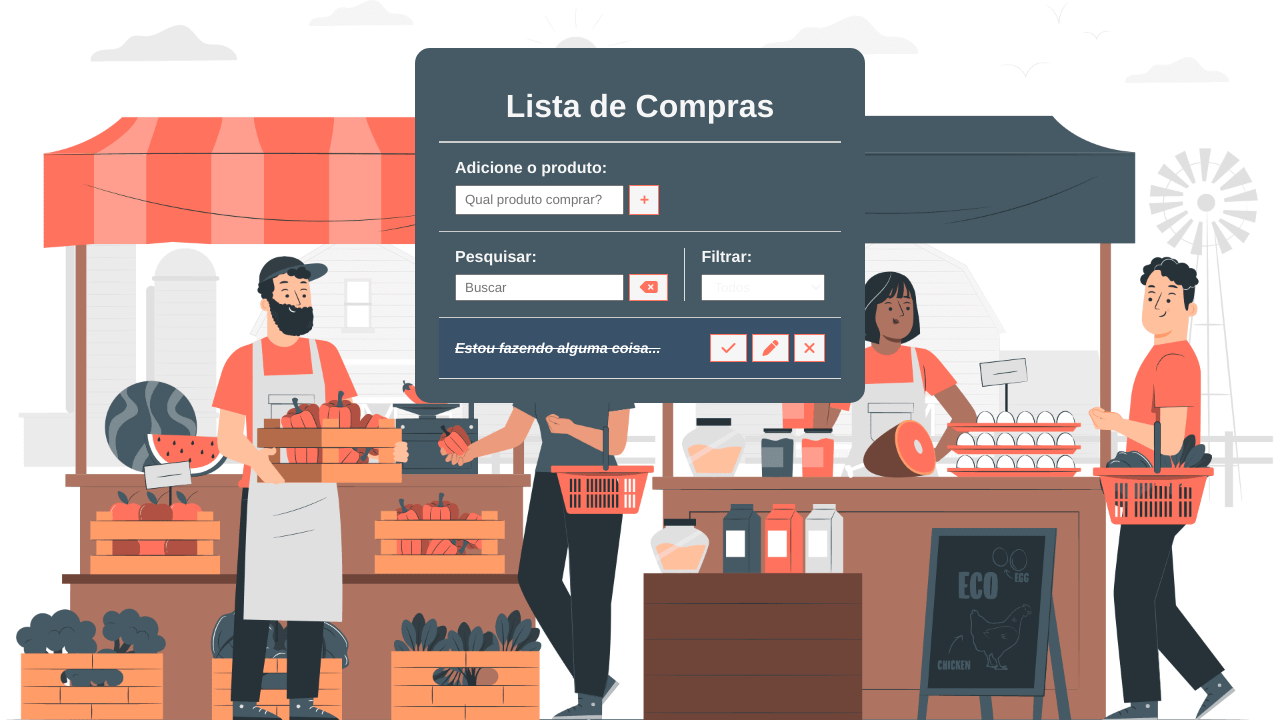
Repository: Dkrvalho/mercado
Page: index.html
An editor plug-in stored every save of this project. The page is shown before and after the next save, followed by the edit.
The browser window is 1280 px wide. The pictures show the whole page.

Above is the page before, as saved 2023-01-09 15:06:54.

After the next save:
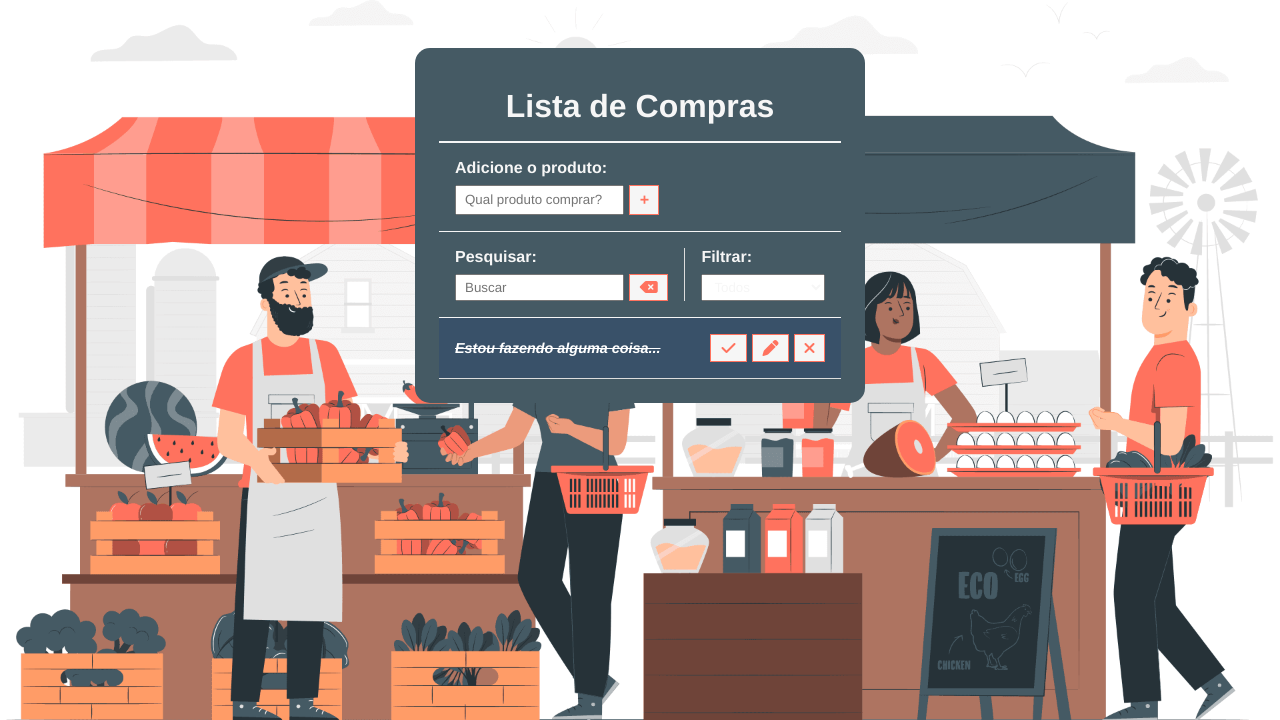
Saved 8 s later.
--- a/css/style.css
+++ b/css/style.css
@@ -63,13 +63,13 @@ input, select {
 .container header {
     text-align: center;
     padding: 1rem 1rem;
-    border-bottom: 2px solid #ccc;
+    border-bottom: 2px solid #f6f6f6;
 }
 
 /* Form */
 #todo-form, #edit-form {
     padding: 1rem;
-    border-bottom: 1px solid #ccc;
+    border-bottom: 1px solid #f6f6f6;
 }
 
 #todo-form p, #edit-form p {
@@ -92,7 +92,7 @@ input, select {
 /* To Do toolbar */
 #toolbar {
     padding: 1rem;
-    border-bottom: 1px solid #ccc;
+    border-bottom: 1px solid #f6f6f6;
     display: flex;
 }
 
